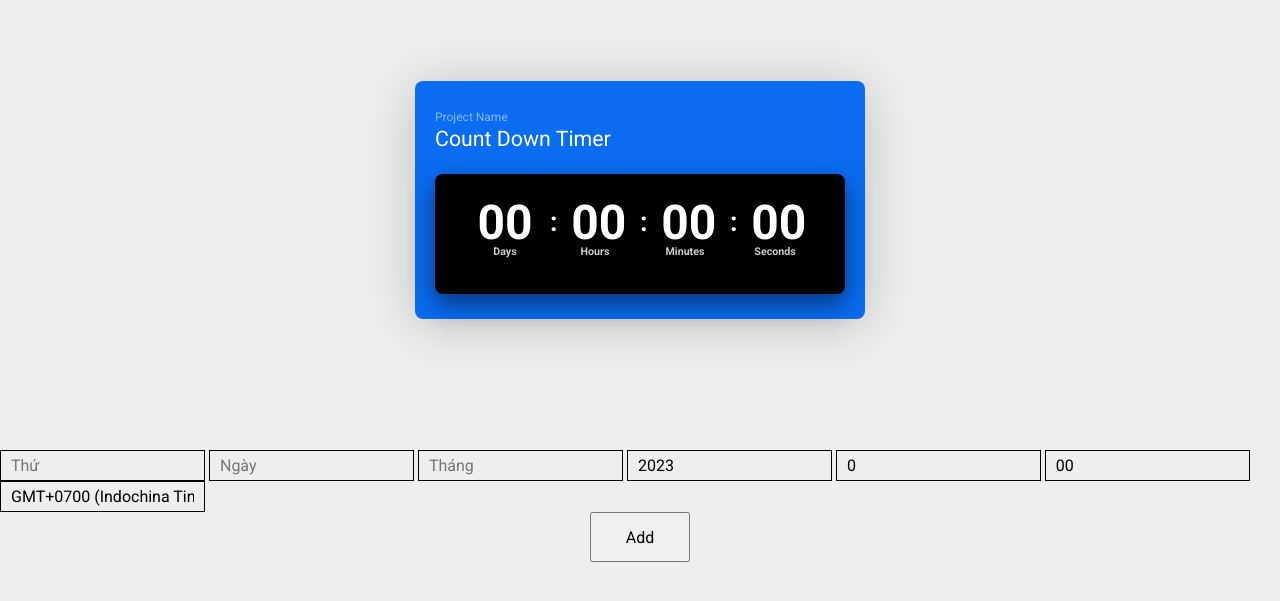
Repository: thuanpham00/CountDownTimer
Page: index.html
These files come from the project's save history. The page is drawn as it stood at one moment and after the next save; the edit follows.
The browser window is 1280 px wide. The pictures show the whole page.
The style sheet was rebuilt from its Sass, Less or Tailwind sources for each picture, by a compiler version that may differ from the author's.

Above is the page before, as saved 2023-09-27 15:07:55.

### index.html
<!DOCTYPE html>
<html lang="en">
    <head>
        <meta charset="UTF-8" />
        <meta name="viewport" content="width=device-width, initial-scale=1.0" />
        <title>Count Down</title>
        <link rel="preconnect" href="https://fonts.googleapis.com" />
        <link rel="preconnect" href="https://fonts.gstatic.com" crossorigin />
        <link
            href="https://fonts.googleapis.com/css2?family=Roboto:wght@300;400;500;700;900&display=swap"
            rel="stylesheet"
        />
        <link rel="stylesheet" href="./assets/css/main.css" />
    </head>
    <body>
        <div class="timer">
            <div class="timer-wrapper">
                <div>
                    <label class="timer-title">Project Name</label>
                    <label class="timer-name">Count Down Timer</label>
                </div>
                <div class="counter">
                    <div class="days">
                        <div class="value" id="days">00</div>
                        <span>Days</span>
                    </div>

                    <div class="hours">
                        <div class="value" id="hours">00</div>
                        <span>Hours</span>
                    </div>

                    <div class="minutes">
                        <div class="value" id="minutes">00</div>
                        <span>Minutes</span>
                    </div>

                    <div class="seconds">
                        <div class="value" id="seconds">00</div>
                        <span>Seconds</span>
                    </div>
                </div>

            </div>
        </div>
        <form class="form-timer">
            <input type="text" name="day" placeholder="Thứ" class="dayInput">
            <input type="text" name="date" placeholder="Ngày" class="dateInput">
            <input type="text" name="month" placeholder="Tháng" class="monthInput">
            <input type="number" name="year" placeholder="Năm" value="2023" class="yearInput">
            <input type="number" name="hour" placeholder="Giờ" class="hourInput" value="0">
            <input type="number" name="minute" placeholder="Phút" class="minuteInput" value="00">
            <input type="text" name="GMT" value="GMT+0700 (Indochina Time)" class="hourInput">
            <button class="todo__submit" type="submit">Add</button>
        </form>
        <script src="./assets/js/main.js"></script>
    </body>
</html>

### assets/js/main.js
window.addEventListener("load", function () {
    const daysText = document.querySelector("#days");
    const hoursText = document.querySelector("#hours");
    const minutesText = document.querySelector("#minutes");
    const secondsText = document.querySelector("#seconds");

    function setTimer(
        dayInput,
        monthInput,
        dateInput,
        yearInput,
        hourInput,
        minuteInput,
        gmtInput
    ) {
        let currentTime = new Date().getTime();
        const endTime = new Date(
            yearInput,
            getMonthIndex(monthInput),
            dateInput,
            hourInput,
            minuteInput
        ).getTime();

        if (isNaN(endTime) || endTime - currentTime <= 0) return;
        setInterval(changeTimer, 500);
        changeTimer();

        function changeTimer() {
            let days, hours, minutes, seconds;
            const now = new Date();
            let startTime = now.getTime();
            let countDown = parseInt((endTime - startTime) / 1000);
            if (countDown > 0) {
                days = parseInt(countDown / 86400);
                countDown = countDown % 86400;
                hours = parseInt(countDown / 3600);
                countDown = countDown % 3600;
                minutes = parseInt(countDown / 60);
                countDown = countDown % 60;
                seconds = parseInt(countDown);

                daysText.textContent = `${days}`.slice(-2);
                hoursText.textContent = `${hours}`.slice(-2);
                minutesText.textContent = `${minutes}`.slice(-2);
                secondsText.textContent = `${seconds}`.slice(-2);
            }
        }

        function getMonthIndex(monthName) {
            const months = [
                "Jan",
                "Feb",
                "Mar",
                "Apr",
                "May",
                "Jun",
                "Jul",
                "Aug",
                "Sep",
                "Oct",
                "Nov",
                "Dec",
            ];
            return months.indexOf(monthName);
        }
    }

    const formTimer = document.querySelector(".form-timer");
    formTimer.addEventListener("submit", function (e) {
        e.preventDefault();
        const dayInput = this.elements["day"].value;
        const monthInput = this.elements["month"].value;
        const dateInput = parseInt(this.elements["date"].value);
        const yearInput = parseInt(this.elements["year"].value);
        const hourInput = parseInt(this.elements["hour"].value);
        const minuteInput = parseInt(this.elements["minute"].value);
        const gmtInput = this.elements["GMT"].value;
        setTimer(
            dayInput,
            monthInput,
            dateInput,
            yearInput,
            hourInput,
            minuteInput,
            gmtInput
        );
    });
});

### scss/main.scss
html,
body,
div,
span,
applet,
object,
iframe,
h1,
h2,
h3,
h4,
h5,
h6,
p,
blockquote,
pre,
a,
abbr,
acronym,
address,
big,
cite,
code,
del,
dfn,
em,
img,
ins,
kbd,
q,
s,
samp,
small,
strike,
strong,
sub,
sup,
tt,
var,
b,
u,
i,
center,
dl,
dt,
dd,
ol,
ul,
li,
fieldset,
form,
label,
legend,
table,
caption,
tbody,
tfoot,
thead,
tr,
th,
td,
article,
aside,
canvas,
details,
embed,
figure,
figcaption,
footer,
header,
hgroup,
menu,
nav,
output,
ruby,
section,
summary,
time,
mark,
audio,
video {
    margin: 0;
    padding: 0;
    border: 0;
    font-size: 100%;
    font: inherit;
    vertical-align: baseline;
}
/* HTML5 display-role reset for older browsers */
article,
aside,
details,
figcaption,
figure,
footer,
header,
hgroup,
menu,
nav,
section {
    display: block;
}
body {
    line-height: 1;
}
ol,
ul {
    list-style: none;
}
blockquote,
q {
    quotes: none;
}
blockquote:before,
blockquote:after,
q:before,
q:after {
    content: "";
    content: none;
}
table {
    border-collapse: collapse;
    border-spacing: 0;
}

*,
::after,
::before {
    box-sizing: border-box;
}

html {
    font-size: 62.5%;
}

body {
    font-size: 1.6rem;
    font-family: "Poppins", sans-serif;
}

input,
select,
textarea,
button {
    font-size: inherit;
    font-family: inherit;
}

$continer-color: #0a6cf1;
$continer-padding: 30px 20px 10px 20px;
body {
    font-family: "Roboto", sans-serif;
    background: #eee;
    user-select: none;
}

.timer {
    // position: relative;
    // margin: auto;
    display: flex;
    align-items: center;
    justify-content: center;
    min-height: 400px;

    &-wrapper {
        background-color: $continer-color;
        padding: $continer-padding;
        border-radius: 8px;
        color: #fff;
        min-width: 450px;
        box-shadow: 0 5px 50px rgba(0, 0, 0, 0.2);
    }

    label {
        display: block;
    }

    &-title {
        font-size: 9pt;
        opacity: 0.5;
    }

    &-name {
        font-size: 16pt;
        margin: 5px 0;
    }

    .counter {
        padding: 25px;
        margin: 25px 0 15px 0;
        background-color: #000;
        font-weight: 700;
        border-radius: 8px;
        box-shadow: 0 10px 25px rgba(0, 0, 0, 0.5);
        min-height: 120px;

        div {
            display: inline-block;
        }
        .days,
        .hours,
        .minutes,
        .seconds {
            width: 25%;
            float: left;
            text-align: center;
            .value {
                display: block;
                font-size: 36pt;
                width: 100%;
                display: block;
            }
            span {
                font-size: 8pt;
                opacity: 0.8;
                width: 100%;
                display: block;
            }
        }
        .hours::before,
        .minutes::before,
        .seconds::before {
            content: ":";
            float: left;
            font-size: 20pt;
            position: relative;
            margin-top: 10px;
            opacity: 0.7;
            animation: pink 1s ease-in-out infinite;
        }
    }
}

@keyframes pink {
    0% {
        opacity: 1;
    }
    50% {
        opacity: 0.5;
    }
    100% {
        opacity: 1;
    }
}

.form-timer {
    margin: 50px auto;
    max-width: 1500px;

    input {
        padding: 5px 10px;
        outline: none;
        background: #eee;
        border: 1px solid #000;
    }

    button {
        width: 100px;
        height: 50px;
        display: block;
        margin: 0 auto;
    }
}

After the next save:
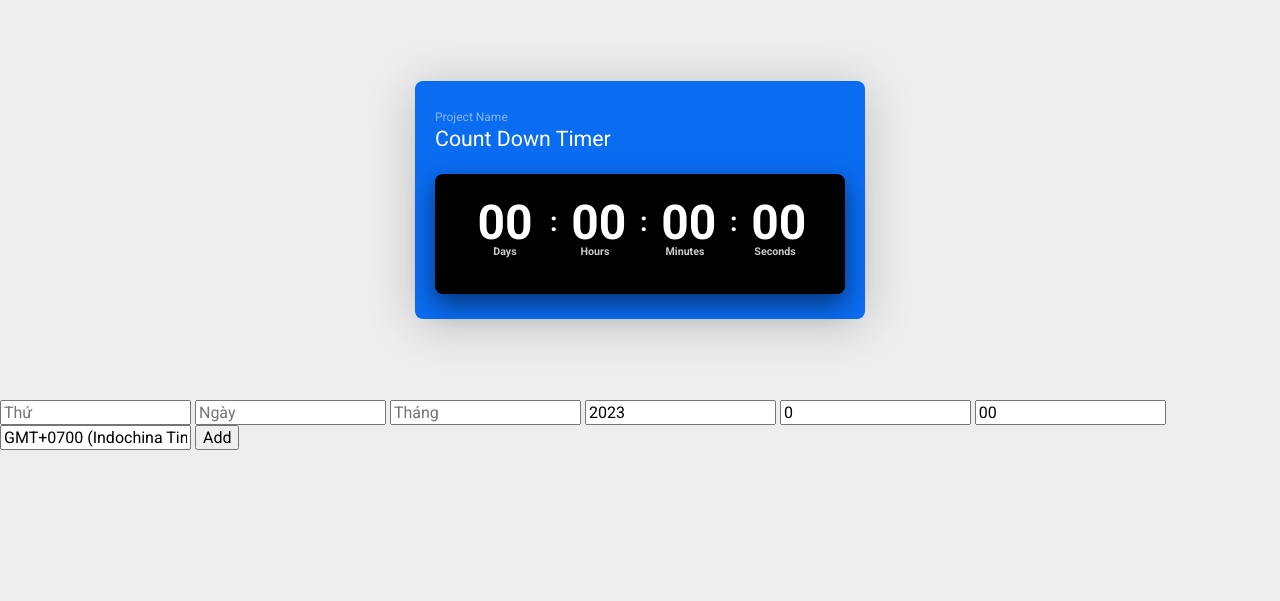
Console error: TypeError: Cannot read properties of null (reading 'addEventListener')
Saved 37 s later.
--- a/index.html
+++ b/index.html
@@ -42,7 +42,7 @@
                 </div>
 
             </div>
-        </div>
+        </div
         <form class="form-timer">
             <input type="text" name="day" placeholder="Thứ" class="dayInput">
             <input type="text" name="date" placeholder="Ngày" class="dateInput">
